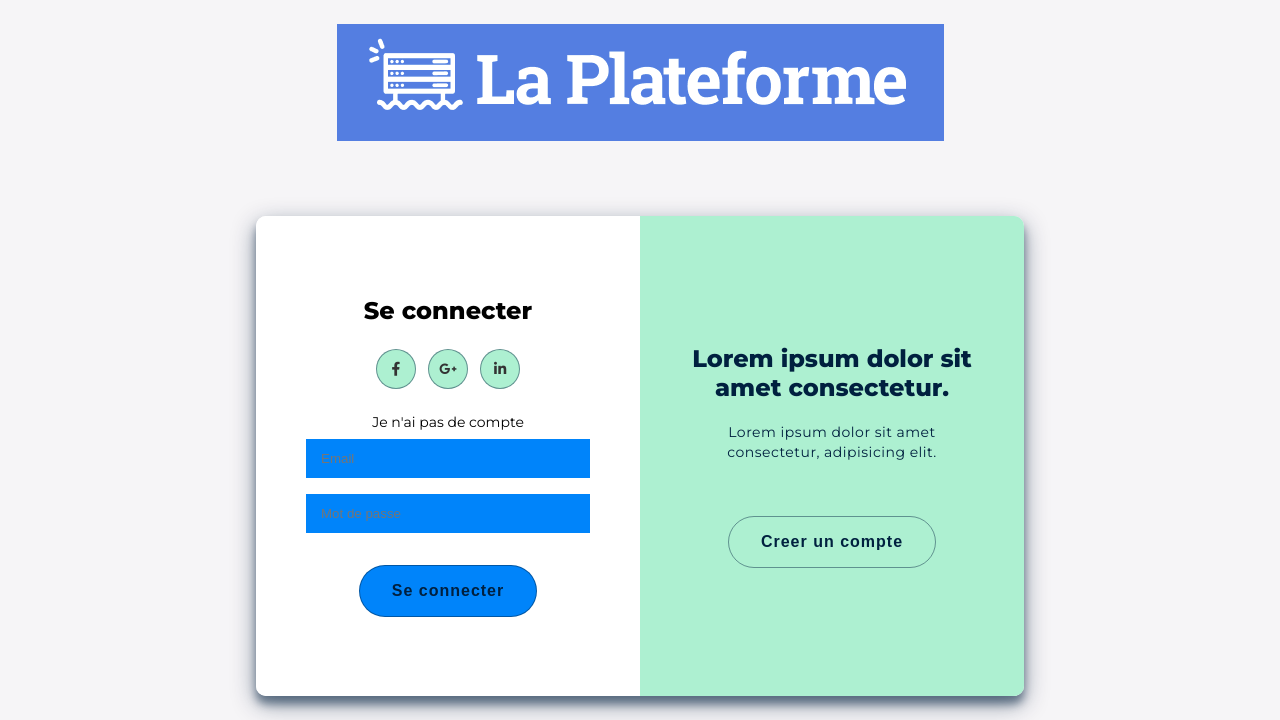
Repository: karim-sebih/runtrackJs
Page: bigjob/index.html
These files come from the project's save history. The page is drawn as it stood at one moment and after a run of saves; the edit follows.
The browser window is 1280 px wide. The pictures show the whole page.
Some web libraries are served in a nearby version.

Above is the page before, as saved 2025-03-20 11:54:30.
Console error: TypeError: Cannot read properties of null (reading 'addEventListener')

### bigjob/index.html
<!DOCTYPE html>
<html lang="fr">

<head>
	<meta charset="utf-8" />
	<title>formulaire</title>
	<link rel="stylesheet" href="./Css/index.css" />
	<link rel="stylesheet" href="https://cdnjs.cloudflare.com/ajax/libs/font-awesome/5.14.0/css/all.min.css" />
</head>

<body>
    <div class="logo" >

        <img src="/asset/logo-laplateforme-2024.png" alt="logo laplateforme">
    </div>
	<div class="container" id="container">
		<div class="form-container sign-up-container">
			<form action="#">
				<h1>Creer un compte</h1>
				<div class="social-container">
					<a href="#"><i class="fab fa-facebook-f"></i></a>
					<a href="#"><i class="fab fa-google-plus-g"></i></a>
					<a href="#"><i class="fab fa-linkedin-in"></i></a>
				</div>
				<span>Utiliser compte gmail</span>
				<input type="text" placeholder="Nom">
				<input type="email" placeholder="Email">
				<input type="password" placeholder="Mot de passe">
				<button>Creer le compte</button>
			</form>
		</div>
		<div class="form-container login-container">
			<form action="#">
				<h1>Se connecter</h1>
				<div class="social-container">
					<a href="#"><i class="fab fa-facebook-f"></i></a>
					<a href="#"><i class="fab fa-google-plus-g"></i></a>
					<a href="#"><i class="fab fa-linkedin-in"></i></a>
				</div>
				<span>Je n'ai pas de compte</span>
				<input type="email" placeholder="Email">
				<input type="password" placeholder="Mot de passe">
				<button>Se connecter</button>
			</form>
		</div>

		<div class="overlay-container">
			<div class="overlay">
				<div class="overlay-panel overlay-left">
					<h1>Lorem ipsum dolor sit amet consectetur.</h1>
					<p>Lorem ipsum dolor sit amet consectetur, adipisicing elit.</p>
					<button class="ghost" id="login">Se connecter</button>
				</div>
				<div class="overlay-panel overlay-right">
					<h1>Lorem ipsum dolor sit amet consectetur.</h1>
					<p>Lorem ipsum dolor sit amet consectetur, adipisicing elit. </p>
					<button class="ghost" id="signUp">Creer un compte</button>
				</div>
			</div>
		</div>
	</div>

	<script src="script.js" charset="utf-8"></script>
</body>

</html>

### bigjob/css/index.css
@import url('https://fonts.googleapis.com/css?family=Montserrat:400,800');

* {
	box-sizing: border-box;
	margin: 0;
	padding: 0;
}

body {
	background: #f6f5f7;
	display: flex;
	justify-content: center;
	align-items: center;
	flex-direction: column;
	font-family: 'Montserrat', sans-serif;
	height: 100vh;
}

.logo {
    display: flex;
    align-content: center;
    justify-content: center;
    margin-bottom:75px ;
}


.container{
	position: relative;
	overflow: hidden;
	min-height: 480px;
	width: 768px;
	max-width: 100%;
	background-color: #fff;
	border-radius: 10px;
	box-shadow: 0 8px 24px  rgba(0, 32, 63, .45),
		  0 8px 8px rgba(0, 32, 63, .45);
}

.form-container {
	position: absolute;
	top: 0;
	height: 100%;
	transition: .6s ease-in-out;
}

.sign-up-container {
	left: 0;
	width: 50%;
	opacity: 0;
	z-index: 1;
}

.container.panel-active .sign-up-container {
	transform: translateX(100%);
	opacity: 1;
	z-index: 5;
	animation: show .6s
}

@keyframes show {
	0%, 49.99% {
		opacity: 0;
		z-index: 1;
	}

	50%, 100% {
		opacity: 1;
		z-index: 5;
	}
}

.container.panel-active .login-container {
	transform: translateX(100%);
}

.login-container {
	left: 0;
	width: 50%;
	z-index: 2;
}

form {
	background-color: #fff;
	display: flex;
	align-items: center;
	justify-content: center;
	flex-direction: column;
	padding: 0 50px;
	height: 100%;
	text-align: center;
}

input {
	background-color: #0084FA;
	border: none;
	padding: 12px 15px;
	margin: 8px 0;
	width: 100%;
}

button.ghost {
	background-color: transparent;
}

button {
	background-color: #0084FA;
	color: #00203f;
	border: 1px solid #0084FA;
	font-size: 16px;
	font-weight: bold;
	padding: 16px 32px;
	margin-top: 24px;
	letter-spacing: 1px;
	border-radius: 50px;
	border-color: rgba(0, 32, 63, .45);
	transition: .2s ease-in;
}

button:hover {
	cursor: pointer;
	background-color: #fff;
	color: #0084FA;
}

button:active {
	transform: scale(.95);
}

.social-container {
	margin: 24px 0;
}

.social-container a {
	display: inline-flex;
	justify-content: center;
	align-items: center;
	margin: 0 4px;
	height: 40px;
	width: 40px;
	border-radius: 50%;
	background-color: #adf0d1;
	border: 1px solid rgba(0, 32, 63, .45);
}

h1 {
	margin: 0;
	font-size: 24px;
}

span {
	font-size: 14px;
}

a {
	text-decoration: none;
	font-size: 14px;
	margin: 8px 0 16px;
	color: #333;
}

.overlay-container {
	position: absolute;
	top: 0;
	left: 50%;
	width: 50%;
	height: 100%;
	overflow: hidden;
	z-index: 100;
	transition: transform .6s ease-in-out;
}

.container.panel-active .overlay-container {
	transform: translateX(-100%);
}

.overlay {
	background: linear-gradient(to right, #adf0d1, #e7f0fd);
	background: #adf0d1;
	color: #00203f;
	position: relative;
	left: -100%;
	height: 100%;
	width: 200%;
	transform: translateX(0);
	transition: transform .6s ease-in-out;
}

.container.panel-active .overlay {
	transform: translateX(50%);
}

.overlay-panel {
	position: absolute;
	display: flex;
	align-items: center;
	justify-content: center;
	flex-direction: column;
	padding: 0 40px;
	text-align: center;
	top: 0;
	height: 100%;
	width: 50%;
	transform: translateX(0);
	transition: transform .6s ease-in-out;
}

.overlay-left {
	transform: translateX(-20%);
}

.container.panel-active .overlay-left {
	transform: translateX(0);
}

.overlay-right {
	right: 0;
	transform: translateX(0);
}

.container.panel-active .overlay-right {
	transform: translateX(20%);
}

p {
	font-size: 14px;
	font-weight: 100;
	line-height: 20px;
	letter-spacing: .5px;
	margin: 20px 0 30px;
}

### bigjob/js/script.js

const container = document.getElementById('container');
const loginButton = document.getElementById('connecter');
const signUpButton = document.getElementById('inscription');

signUpButton.addEventListener('click', () => {
	container.classList.add('panel-active');
})

loginButton.addEventListener('click', () => {
	container.classList.remove('panel-active');
})

After the next 2 saves:
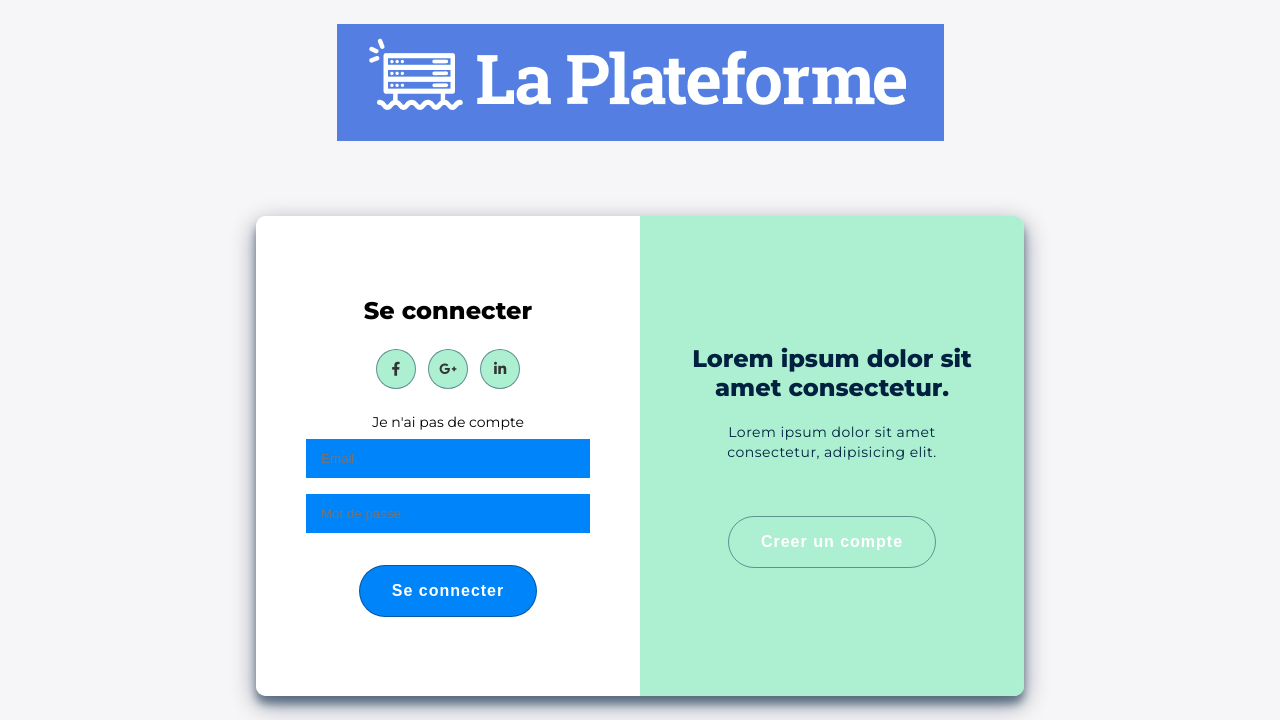
The 2 saves are shown as one change because they came seconds apart.
The last was saved 5 s later.
--- a/bigjob/css/index.css
+++ b/bigjob/css/index.css
@@ -104,7 +104,7 @@ button.ghost {
 
 button {
 	background-color: #0084FA;
-	color: #00203f;
+	color: #fff;
 	border: 1px solid #0084FA;
 	font-size: 16px;
 	font-weight: bold;
